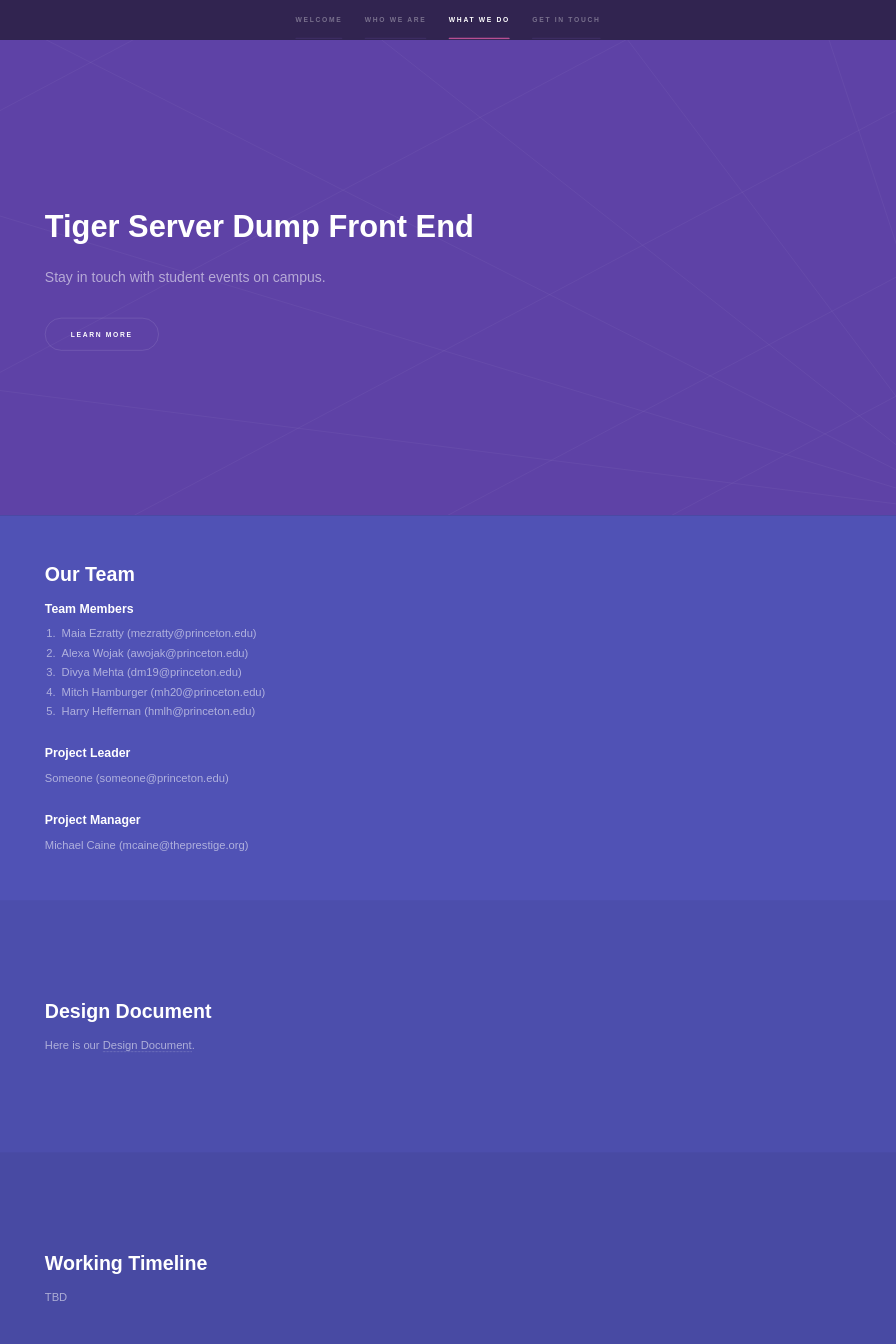
Repository: mezratty/COS-333-Project
Page: workspace/html5up-hyperspace/index.html
The author's editor kept a record of every edit. The page is drawn from the files as they stood at one moment, then again after the next edit.
The browser window is 1280 px wide. The pictures show the part of the page from y = 0 to 1920 px (the page is 3746 px tall), at 70% of full size.

Above is the page before.

### workspace/html5up-hyperspace/index.html
<!DOCTYPE HTML>
<!-- Mitch made this. -->
<html>
	<head>
		<title>Hyperspace by HTML5 UP</title>
		<meta charset="utf-8" />
		<meta name="viewport" content="width=device-width, initial-scale=1" />
		<!--[if lte IE 8]><script src="assets/js/ie/html5shiv.js"></script><![endif]-->
		<link rel="stylesheet" href="assets/css/main.css" />
		<!--[if lte IE 9]><link rel="stylesheet" href="assets/css/ie9.css" /><![endif]-->
		<!--[if lte IE 8]><link rel="stylesheet" href="assets/css/ie8.css" /><![endif]-->
	</head>
	<body>

		<!-- Sidebar -->
			<section id="sidebar">
				<div class="inner">
					<nav>
						<ul>
							<li><a href="#intro">Welcome</a></li>
							<li><a href="#one">Who we are</a></li>
							<li><a href="#two">What we do</a></li>
							<li><a href="#three">Get in touch</a></li>
						</ul>
					</nav>
				</div>
			</section>

		<!-- Wrapper -->
			<div id="wrapper">

				<!-- Intro -->
					<section id="intro" class="wrapper style1 fullscreen fade-up">
						<div class="inner">
							<h1>Tiger Server Dump Front End</h1>
							<p>Stay in touch with student events on campus.</p>
							<ul class="actions">
								<li><a href="#one" class="button scrolly">Learn more</a></li>
							</ul>
						</div>
					</section>

				<!-- One -->
					<section id="one" class="wrapper style2 spotlights">
						<section>
							<div class="content">
								<div class="inner">
									<h2>Our Team</h2>
									<div class="6u$ 12u$(medium)">
											<h3> Team Members</h3>
											<ol>
												<li>Maia Ezratty (mezratty@princeton.edu)</li>
												<li>Alexa Wojak (awojak@princeton.edu)</li>
												<li>Divya Mehta (dm19@princeton.edu)</li>
												<li>Mitch Hamburger (mh20@princeton.edu)</li>
												<li>Harry Heffernan (hmlh@princeton.edu)</li>
											</ol>
											<h3>Project Leader</h3>
											<p>Someone (someone@princeton.edu)</p>
											<h3>Project Manager</h3>
											<p>Michael Caine (mcaine@theprestige.org)</p>
										</div>
								</div>
							</div>
						</section>
						<section>
							<div class="content">
								<div class="inner">
									<h2>Design Document</h2>
									<p>Here is our <a href= "images/DesignDocument.pdf">Design Document</a>.</p>
								</div>
							</div>
						</section>
						<section>
							<div class="content">
								<div class="inner">
									<h2>Working Timeline</h2>
									<p>TBD</p>
								</div>
							</div>
						</section>
					</section>

				<!-- Two -->
					<section id="two" class="wrapper style3 fade-up">
						<div class="inner">
							<h2>What we do</h2>
							<p>Phasellus convallis elit id ullamcorper pulvinar. Duis aliquam turpis mauris, eu ultricies erat malesuada quis. Aliquam dapibus, lacus eget hendrerit bibendum, urna est aliquam sem, sit amet imperdiet est velit quis lorem.</p>
							<div class="features">
								<section>
									<span class="icon major fa-code"></span>
									<h3>Lorem ipsum amet</h3>
									<p>Phasellus convallis elit id ullam corper amet et pulvinar. Duis aliquam turpis mauris, sed ultricies erat dapibus.</p>
								</section>
								<section>
									<span class="icon major fa-lock"></span>
									<h3>Aliquam sed nullam</h3>
									<p>Phasellus convallis elit id ullam corper amet et pulvinar. Duis aliquam turpis mauris, sed ultricies erat dapibus.</p>
								</section>
								<section>
									<span class="icon major fa-cog"></span>
									<h3>Sed erat ullam corper</h3>
									<p>Phasellus convallis elit id ullam corper amet et pulvinar. Duis aliquam turpis mauris, sed ultricies erat dapibus.</p>
								</section>
								<section>
									<span class="icon major fa-desktop"></span>
									<h3>Veroeros quis lorem</h3>
									<p>Phasellus convallis elit id ullam corper amet et pulvinar. Duis aliquam turpis mauris, sed ultricies erat dapibus.</p>
								</section>
								<section>
									<span class="icon major fa-chain"></span>
									<h3>Urna quis bibendum</h3>
									<p>Phasellus convallis elit id ullam corper amet et pulvinar. Duis aliquam turpis mauris, sed ultricies erat dapibus.</p>
								</section>
								<section>
									<span class="icon major fa-diamond"></span>
									<h3>Aliquam urna dapibus</h3>
									<p>Phasellus convallis elit id ullam corper amet et pulvinar. Duis aliquam turpis mauris, sed ultricies erat dapibus.</p>
								</section>
							</div>
							<ul class="actions">
								<li><a href="#" class="button">Learn more</a></li>
							</ul>
						</div>
					</section>

				<!-- Three -->
					<section id="three" class="wrapper style1 fade-up">
						<div class="inner">
							<h2>Get in touch</h2>
							<p>Phasellus convallis elit id ullamcorper pulvinar. Duis aliquam turpis mauris, eu ultricies erat malesuada quis. Aliquam dapibus, lacus eget hendrerit bibendum, urna est aliquam sem, sit amet imperdiet est velit quis lorem.</p>
							<div class="split style1">
								<section>
									<form method="post" action="#">
										<div class="field half first">
											<label for="name">Name</label>
											<input type="text" name="name" id="name" />
										</div>
										<div class="field half">
											<label for="email">Email</label>
											<input type="text" name="email" id="email" />
										</div>
										<div class="field">
											<label for="message">Message</label>
											<textarea name="message" id="message" rows="5"></textarea>
										</div>
										<ul class="actions">
											<li><a href="" class="button submit">Send Message</a></li>
										</ul>
									</form>
								</section>
								<section>
									<ul class="contact">
										<li>
											<h3>Address</h3>
											<span>12345 Somewhere Road #654<br />
											Nashville, TN 00000-0000<br />
											USA</span>
										</li>
										<li>
											<h3>Email</h3>
											<a href="#">user@untitled.tld</a>
										</li>
										<li>
											<h3>Phone</h3>
											<span>(000) 000-0000</span>
										</li>
										<li>
											<h3>Social</h3>
											<ul class="icons">
												<li><a href="#" class="fa-twitter"><span class="label">Twitter</span></a></li>
												<li><a href="#" class="fa-facebook"><span class="label">Facebook</span></a></li>
												<li><a href="#" class="fa-github"><span class="label">GitHub</span></a></li>
												<li><a href="#" class="fa-instagram"><span class="label">Instagram</span></a></li>
												<li><a href="#" class="fa-linkedin"><span class="label">LinkedIn</span></a></li>
											</ul>
										</li>
									</ul>
								</section>
							</div>
						</div>
					</section>

			</div>

		<!-- Footer -->
			<footer id="footer" class="wrapper style1-alt">
				<div class="inner">
					<ul class="menu">
						<li>&copy; Untitled. All rights reserved.</li><li>Design: <a href="http://html5up.net">HTML5 UP</a></li>
					</ul>
				</div>
			</footer>

		<!-- Scripts -->
			<script src="assets/js/jquery.min.js"></script>
			<script src="assets/js/jquery.scrollex.min.js"></script>
			<script src="assets/js/jquery.scrolly.min.js"></script>
			<script src="assets/js/skel.min.js"></script>
			<script src="assets/js/util.js"></script>
			<!--[if lte IE 8]><script src="assets/js/ie/respond.min.js"></script><![endif]-->
			<script src="assets/js/main.js"></script>

	</body>
</html>

Loaded but not shown: workspace/html5up-hyperspace/assets/js/jquery.min.js (library); workspace/html5up-hyperspace/assets/js/jquery.scrollex.min.js (common file); workspace/html5up-hyperspace/assets/js/jquery.scrolly.min.js (common file); workspace/html5up-hyperspace/assets/js/skel.min.js (library); workspace/html5up-hyperspace/assets/css/font-awesome.min.css (library); workspace/html5up-hyperspace/assets/js/util.js (587 lines, source omitted); workspace/html5up-hyperspace/assets/js/main.js (210 lines, source omitted); workspace/html5up-hyperspace/assets/css/main.css (3919 lines, source omitted)

After the next edit:
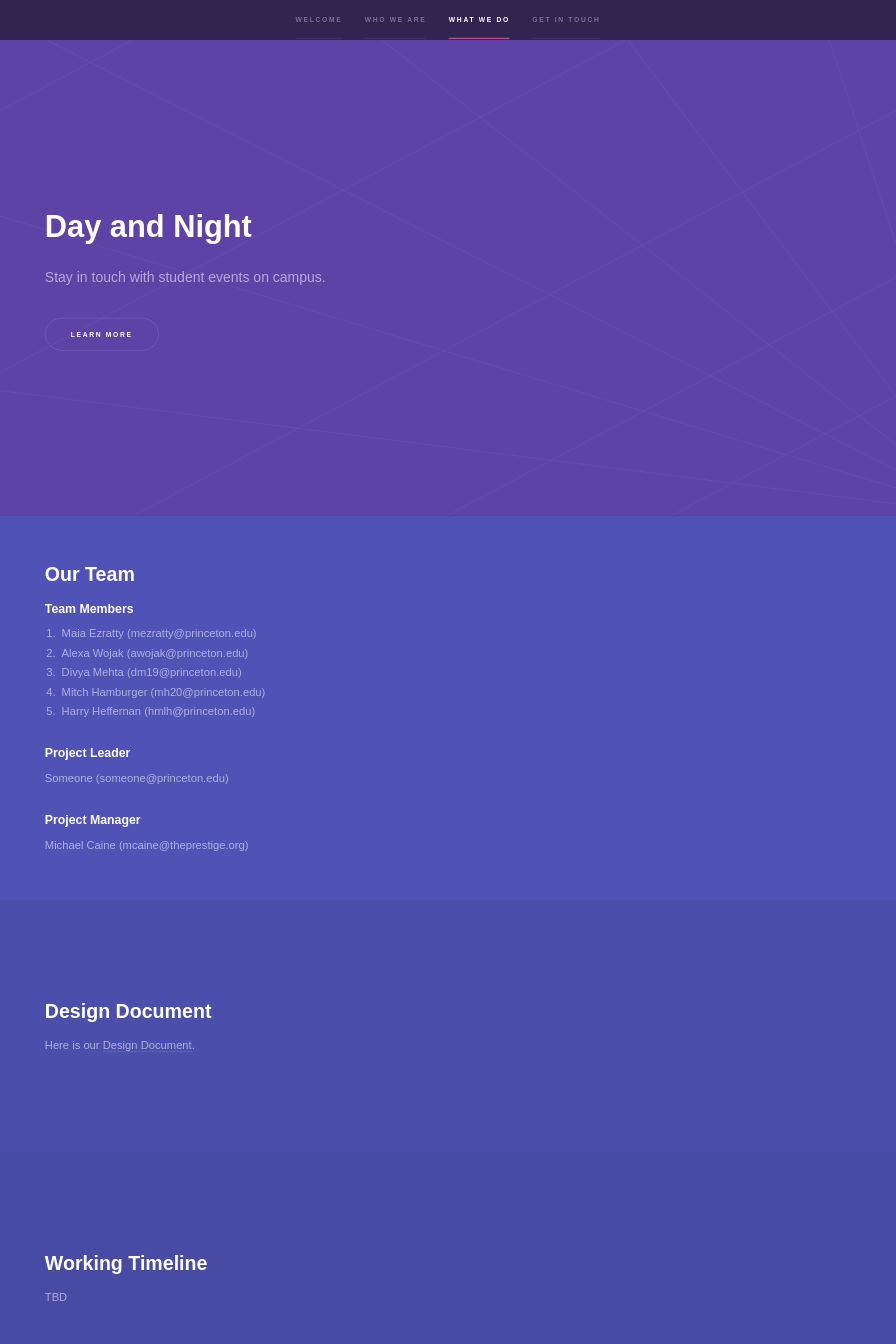
The edit:
--- a/workspace/html5up-hyperspace/index.html
+++ b/workspace/html5up-hyperspace/index.html
@@ -32,7 +32,7 @@
 				<!-- Intro -->
 					<section id="intro" class="wrapper style1 fullscreen fade-up">
 						<div class="inner">
-							<h1>Tiger Server Dump Front End</h1>
+							<h1>Day and Night</h1>
 							<p>Stay in touch with student events on campus.</p>
 							<ul class="actions">
 								<li><a href="#one" class="button scrolly">Learn more</a></li>
